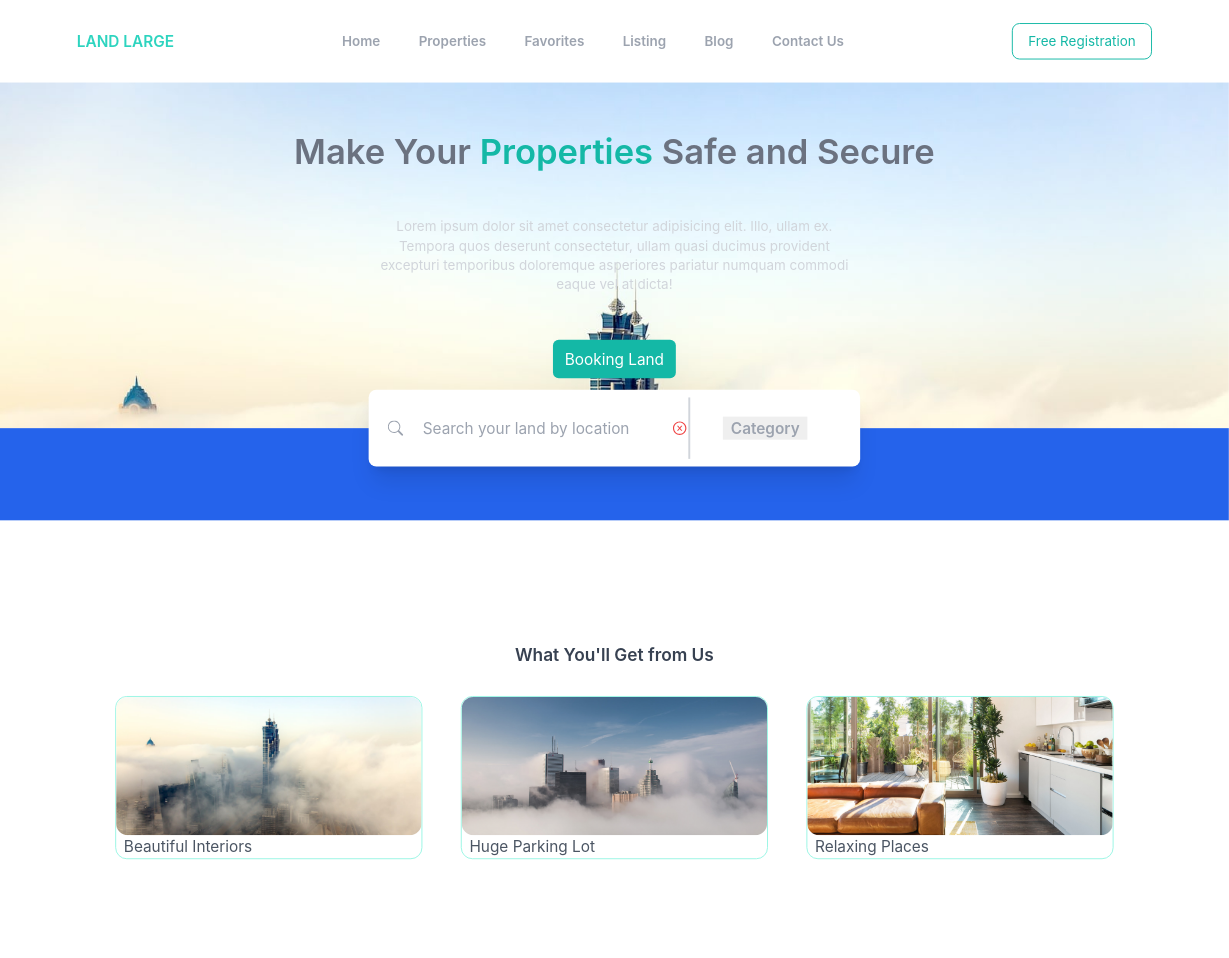
Repository: MuniruIssah/realestate
Page: /
The author's editor kept a copy of each file at every save. The page is drawn from the files as they stood at one save, then again after the next save.
The browser window is 1280 px wide. The pictures show the whole page, at 96% of full size.
The project was rebuilt for these pictures with package versions that can differ from the ones it lists, and the page was loaded fresh each time. Also part of the build but not shown: src/App.css.

Above is the page before, as saved 2022-02-19 23:24:40.

After the next save:
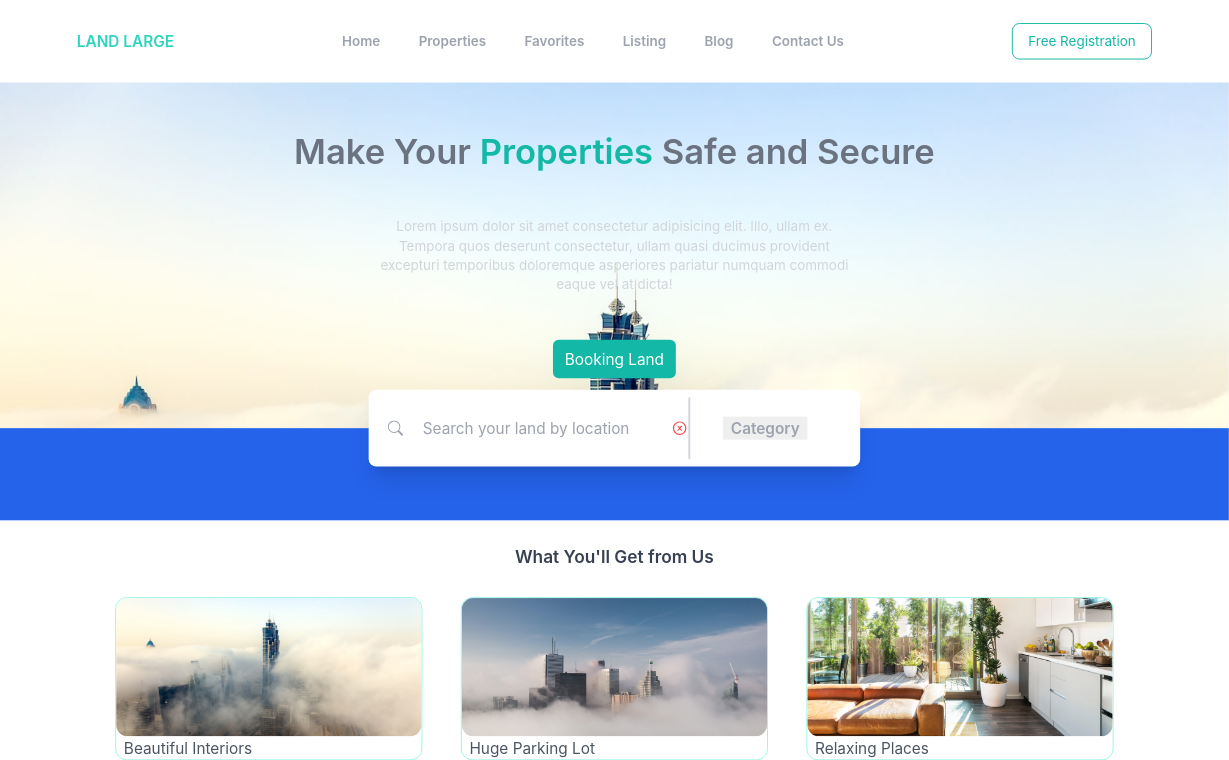
Saved 32 s later.
--- a/src/components/Services.js
+++ b/src/components/Services.js
@@ -19,7 +19,7 @@ const servicesList = [
 ];
 const Services = () => {
   return (
-    <div className="h-3/5 w-full flex flex-col justify-center items-center space-y-7 ">
+    <div className="w-full flex flex-col justify-center items-center space-y-7 ">
       <h2 className="text-gray-700 text-lg font-semibold">What You'll Get from Us</h2>
       <div className=" md:flex  md:space-x-10 justify-center items-center w-full">
         {servicesList.map((service, index) => (
